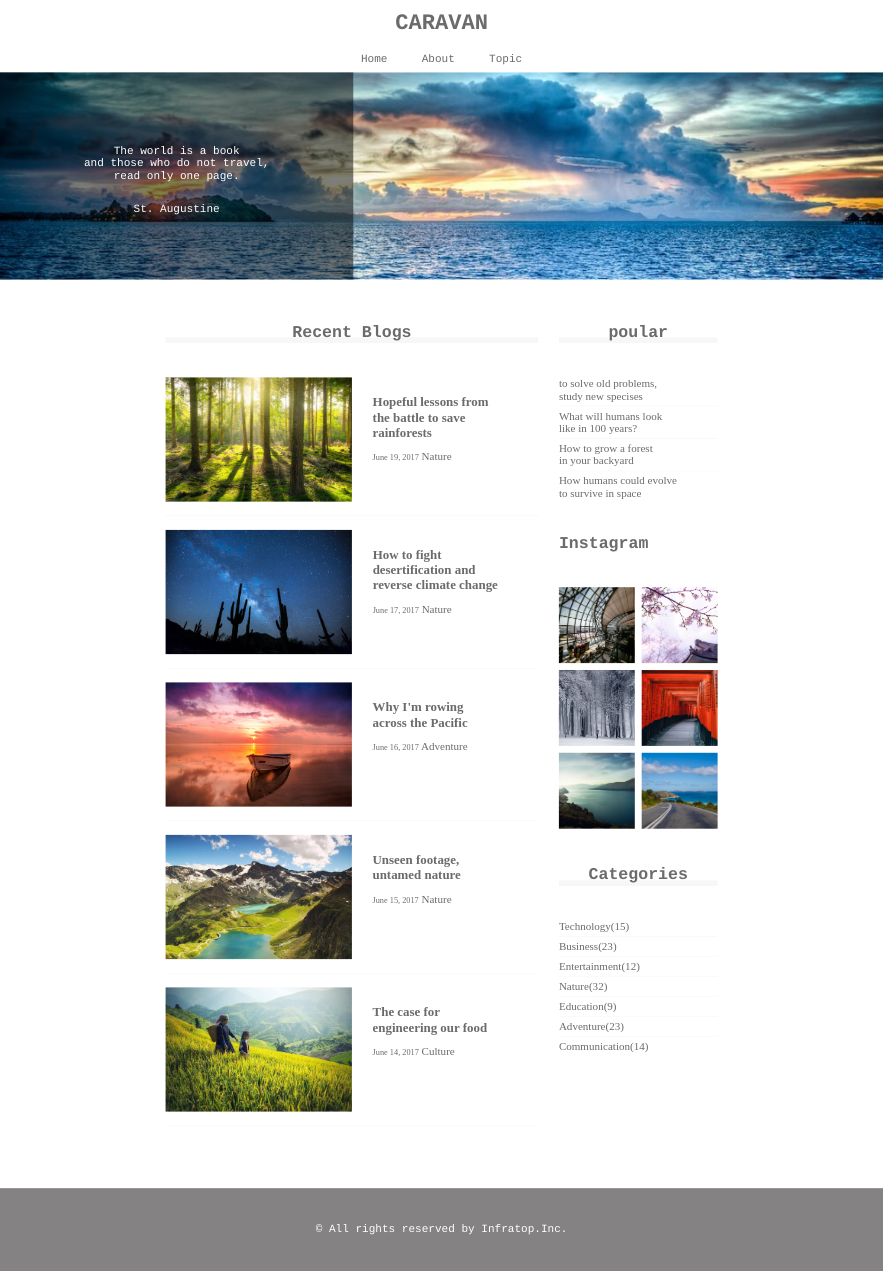
Repository: sat0kenta/2022.11.05-report
Page: caravan/index.html
The author's editor kept a record of every edit. The page is drawn from the files as they stood at one moment, then again after the next edit.
The browser window is 1280 px wide. The pictures show the whole page, at 69% of full size.

Above is the page before.

### caravan/index.html
<!DOCTYPE html>
<html lang="ja">
  <head>
    <meta charset="UTF-8" />
    <link rel="stylesheet" href="style.css" />
    <title>CARAVAN</title>
  </head>

  <body>

    <header>
      <h1 class="heading">
        <a href="index.html">
          CARAVAN
        </a>
      </h1>
    </header>

    <nav>
      <ul class="nav-list">
        <li class="nav-list-item">
          <a href="index.html">Home</a>
        </li>
        <li class="nav-list-item">About</li>
        <li class="nav-list-item">Topic</li>
      </ul>
    </nav>

    <div class="main-visual">
       <div class="main-visual-content">
         <p class="main-visual-text">
           The world is a book<br />
           and those who do not travel,<br />
           read only one page.
         </p>
         <p class="main-visual-name">
           St. Augustine
         </p>
       </div>
    </div>

    <main>
      <section class="blog">
        <h2 class="blog-heading">Recent Blogs</h2>
        <div class="blog-box">
          <div class="blog-item">
            <img class="blog-image" src="img/forest.jpg" />
            <section class="blog-text">
              <h3 class="blog-text-heading">
                <a href="single.html">
                  Hopeful lessons from<br>
                  the battle to save<br>
                  rainforests
                </a>
              </h3>
              <p class="blog-date">June 19, 2017</p>
              <span class="category">Nature</span>
            </section>
          </div>
          <div class="blog-item">
            <img class="blog-image" src="img/desert.jpg" />
            <section class="blog-text">
              <h3 class="blog-text-heading">
                <a href="single.html">
                  How to fight<br>
                  desertification and<br>
                  reverse climate change
                </a>
              </h3>
              <p class="blog-date">June 17, 2017</p>
              <span class="category">Nature</span>
            </section>
          </div>
          <div class="blog-item">
            <img class="blog-image" src="img/sunset.jpg" />
            <section class="blog-text">
              <h3 class="blog-text-heading">
                <a href="single.html">
                  Why I'm rowing<br>
                  across the Pacific
                </a>
              </h3>
              <p class="blog-date">June 16, 2017</p>
              <span class="category">Adventure</span>
            </section>
          </div>
          <div class="blog-item">
            <img class="blog-image" src="img/italy.jpg" />
            <section class="blog-text">
              <h3 class="blog-text-heading">
                <a href="single.html">
                  Unseen footage,<br>
                  untamed nature
                </a>
              </h3>
              <p class="blog-date">June 15, 2017</p>
              <span class="category">Nature</span>
            </section>
          </div>
          <div class="blog-item">
            <img class="blog-image" src="img/asia.jpg" />
            <section class="blog-text">
              <h3 class="blog-text-heading">
                <a href="single.html">
                  The case for<br>
                  engineering our food
                </a>
              </h3>
              <p class="blog-date">June 14, 2017</p>
              <span class="category">Culture</span>
            </section>
          </div>
        </div>
      </section>

      <div class="sidebar">
        <section class=papular>
          <h2 class="popular-heading common-heading">poular</h2>
          <div class="sidebar-contents">
            <p class="popular-text">to solve old problems,<br />study new specises</p>
            <p class="popular-text">What will humans look<br>like in 100 years?</p>
            <p class="popular-text">How to grow a forest<br>in your backyard</p>
            <p class="popular-text">How humans could evolve<br>to survive in space</p>
          </div>
        </section>
        <section class="instagram">
          <h2 class="instagram-hedding" common-hedding>Instagram</h2>
                    <div class="sidebar-contents">
            <div class="instagram-box"></div>
            <div class="instagram-box"></div>
            <div class="instagram-box"></div>
            <div class="instagram-box"></div>
            <div class="instagram-box"></div>
            <div class="instagram-box"></div>
          </div>
        </section>
        <section class="categories">
          <h2 class="categories-heading common-heading">Categories</h2>
          <div class="sidebar-contents">
            <p class="categories-text">Technology(15)</p>
            <p class="categories-text">Business(23)</p>
            <p class="categories-text">Entertainment(12)</p>
            <p class="categories-text">Nature(32)</p>
            <p class="categories-text">Education(9)</p>
            <p class="categories-text">Adventure(23)</p>
            <p class="categories-text">Communication(14)</p>
          </div>
        </section>
      </div>
    </main>

    <footer>
     <p class="footer-text">© All rights reserved by Infratop.Inc.</p>
    </footer>
  </body>
</html>

### caravan/style.css
* {
  margin: 0;
  padding: 0;
  box-sizing: border-box;
  color: #6c6b6b;
}

a {
  text-decoration: none;
}

header, nav, h2, .main-visual, footer {
  font-family: Chalkduster, "Bradley Hand", Courier, "Segoe Print", sans-serif;
}

header {
  width: 90%;
  padding: 15px 0;
  margin: 0 auto;
  text-align: center;
  position: relative;
}

.social i {
  display: inline-block;
  margin-left: 20px;
}

.social {
  position: absolute;
  top: 22px;
  right: 22px;
}

header .heading {
  font-size: 32px;
}

.nav-list {
 text-align: center;
 padding: 10px 0;
 margin: 0 auto;
}

.nav-list-item {
  list-style: nane;
  display: inline-block;
  margin: 0 20px;
}


.main-visual {
  width: 100%;
  height: 300px;
   background-image: url(img/mv.jpg);
   background-size: cover;
   background-position:  center;
}

.main-visual-content {
  width: 40%;
  height: 300px;
  background-color: rgba(0,0,0,0.5);
  text-align: center;
  padding-top: 105px;

}

.main-visual-text {
  color: #fff;
}

.main-visual-name {
  margin-top: 30px;
  color: #fff;
}

main {
  width: 800px;
  display: flex;
  justify-content: center;
  margin: 0 auto;
  padding:70px 0;
}

.blog {
 width: 540px;
 margin-right: 30px;
}

.blog-heading {
  border-bottom: 8px solid #f7f7f7;
  text-align: center;
  line-height: 0.6;
}

.blog-box {
  padding-top: 50px;
}

.blog-item {
  padding-bottom: 20px;
  margin-bottom: 20px;
  border-bottom: 1px solid #f7f7f7;
  display: flex;
  justify-content:flex-start;
}

.blog-image {
 height: 180px;
}

.blog-text {
  padding: 25px 0 0 30px;
}

.blog-text-heading {
  padding-bottom: 15px;
}

.blog-date {
  font-size: 12px;
  display: inline-block;
}


.categorty {
  display: inline-block;
  padding: 5px 8px;
  background-color: #acabab;
  border-radius: 3px;
  color: #fff;
  font-size: 11px;
}

.pagination {
  text-align: center;
  padding-top: 50px;
}

.pagination p {
  display: inline-block;
  width: 30px;
  height: 30px;
  margin: 0 5px;
  color: #fff;
  background-color: #acabab;
  border-radius: 3px;
  line-height: 30px;
}

.sidebar {
  width:230px;
}

.common-heading {
  border-bottom: 8px solid #f7f7f7;
  text-align: center;
  line-height:0.6;
}

.sidebar-contents {
  padding: 50px 0;
}

.popular-text,
.categories-text {
  padding-bottom: 5px;
  padding-bottom: 5px;
  border-bottom: 1px solid #f7f7f7;
  margin-bottom: 5px;
}

.popular-text:last-child,
.categories-text:last-child {
  margin: 0;
  padding: 0;
  border: none;
}

.instagram .sidebar-contents {
  display: flex;
  flex-wrap: wrap;
}

.instagram-box {
  width: 110px;
  padding-top: 110px;
  background-size: cover;
  background-position: center;
  margin-bottom: 10px;
}

.instagram-box:nth-child(odd) {
  margin: 0 10px 10px 0;
}

.instagram-box:nth-child(1) {
  background-image: url(img/airport.jpg);
}

.instagram-box:nth-child(2) {
  background-image: url(img/japan.jpg);
}

.instagram-box:nth-child(3) {
  background-image: url(img/snow.jpg);
}

.instagram-box:nth-child(4) {
  background-image: url(img/japan2.jpg);
}

.instagram-box:nth-child(5) {
  background-image: url(img/lake.jpg);
}

.instagram-box:nth-child(6) {
  background-image: url(img/road.jpg);
}

footer {
  width: 100%;
  height: 120px;
  text-align: center;
  line-height: 120px;
  background-color: #848282;
}

.footer-text {
  color: #fff;
}


@media screen and (max-width: 1024px) {
  header {
    width: 100%;
  }

  .nav-list {
    width: 100%;
  }

  .nav-list-item {
    width: 100%;
    margin: 0 0 10px 0;
  }

  .social {
    display: none;
  }

  .main-visual-content {
    width: 100%;
  }

  main {
    width: 100%;
    display: block;
  }

  .blog {
    width: 100%;
    margin: 0;
  }

  .blog-box {
    padding-left: 2%;
    padding-right: 2%;
  }

  .blog-image {
    width: 49%;
  }

  .blog-text {
    width: 49%;
    padding-top: 5px;
  }

  .sidebar {
    width: 100%;
  }

  .sidebar-contents {
    padding-left: 3%;
    padding-right: 3%;
  }

  .instagram-box {
    width: 48%;
    padding-top: 48%;
  }

  .instagram-box:nth-child(odd) {
    margin-right: 4%;
  }

  .pagination {
    margin-bottom: 50px;
  }
}



@media screen and (max-width: 768px) {
  header {
    width: 100%;
  }

  .nav-list {
    width: 100%;
  }

  .nav-list-item {
    width: 100%;
    margin: 0 0 10px 0;
  }

  .social {
    display: none;
  }

  .main-visual-content {
    width: 100%;
  }

  main {
    width: 100%;
    display: block;
  }

  .blog {
    width: 100%;
    margin: 0;
  }

  .blog-box {
    padding-left: 2%;
    padding-right: 2%;
  }

  .blog-image {
    width: 49%;
  }

  .blog-text {
    width: 49%;
    padding-top: 5px;
  }

  .sidebar {
    width: 100%;
  }

  .sidebar-contents {
    padding-left: 3%;
    padding-right: 3%;
  }

  .instagram-box {
    width: 48%;
    padding-top: 48%;
  }

  .instagram-box:nth-child(odd) {
    margin-right: 4%;
  }

  .pagination {
    margin-bottom: 50px;
  }
}


@media screen and (max-width: 425px) {
  header {
    width: 100%;
  }

  .nav-list {
    width: 100%;
  }

  .nav-list-item {
    width: 100%;
    margin: 0 0 10px 0;
  }

  .social {
    display: none;
  }

  .main-visual-content {
    width: 100%;
  }

  main {
    width: 100%;
    display: block;
  }

  .blog {
    width: 100%;
    margin: 0;
  }

  .blog-box {
    padding-left: 2%;
    padding-right: 2%;
  }

  .blog-image {
    width: 49%;
  }

  .blog-text {
    width: 49%;
    padding-top: 5px;
  }

  .sidebar {
    width: 100%;
  }

  .sidebar-contents {
    padding-left: 3%;
    padding-right: 3%;
  }

  .instagram-box {
    width: 48%;
    padding-top: 48%;
  }

  .instagram-box:nth-child(odd) {
    margin-right: 4%;
  }

  .pagination {
    margin-bottom: 50px;
  }
}

After the next edit:
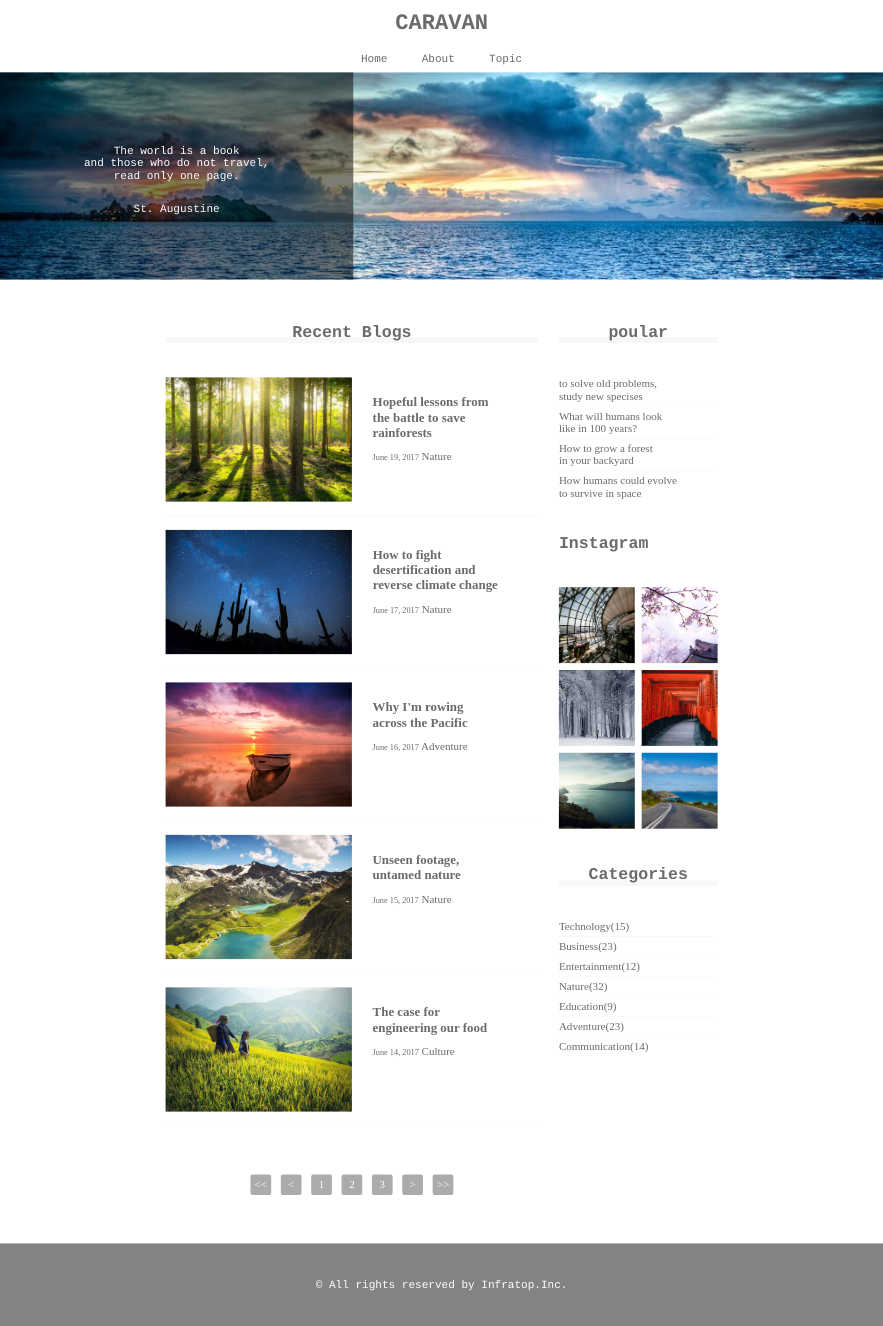
The edit:
--- a/caravan/index.html
+++ b/caravan/index.html
@@ -111,6 +111,15 @@
             </section>
           </div>
         </div>
+        <div class="pagination">
+          <p><<</p>
+          <p><</p>
+          <p>1</p>
+          <p>2</p>
+          <p>3</p>
+          <p>></p>
+          <p>>></p>
+        </div>
       </section>
 
       <div class="sidebar">
